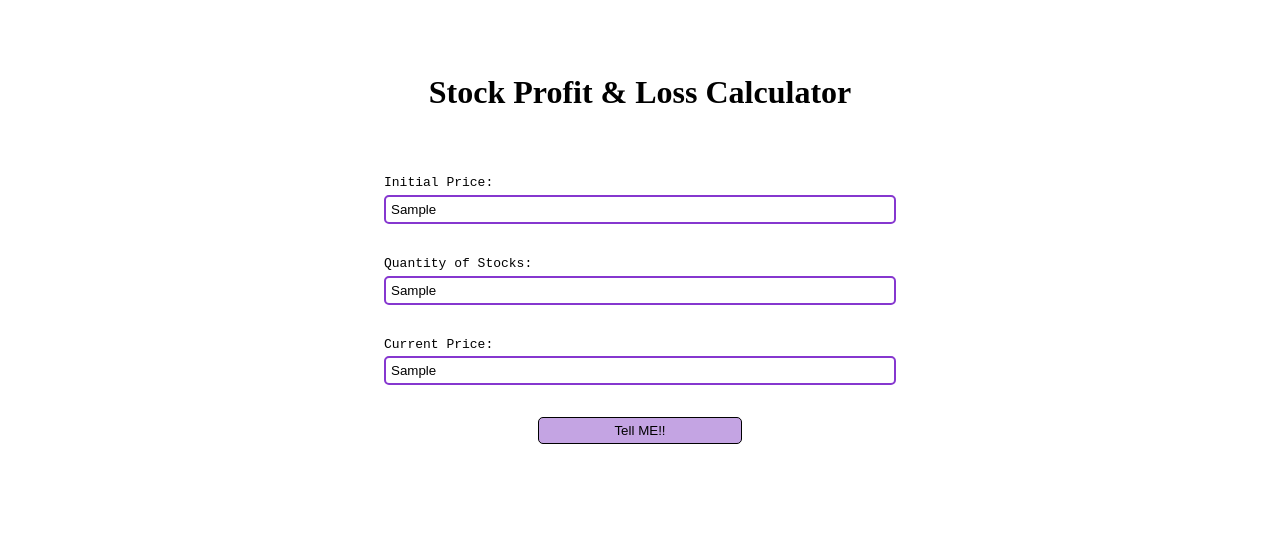
Repository: patelamancode/Stock-P-L-Calculator
Page: index.html
The author's editor kept a copy of each file at every save. The page is drawn from the files as they stood at one save, then again after the next save.
The browser window is 1280 px wide. The pictures show the whole page.
Empty fields were first filled with sample values (such as "Sample", 5 or name@example.com).
After loading, the first visible `#check-btn` was clicked once.

Above is the page before, as saved 2022-11-23 18:37:35.

After the next save:
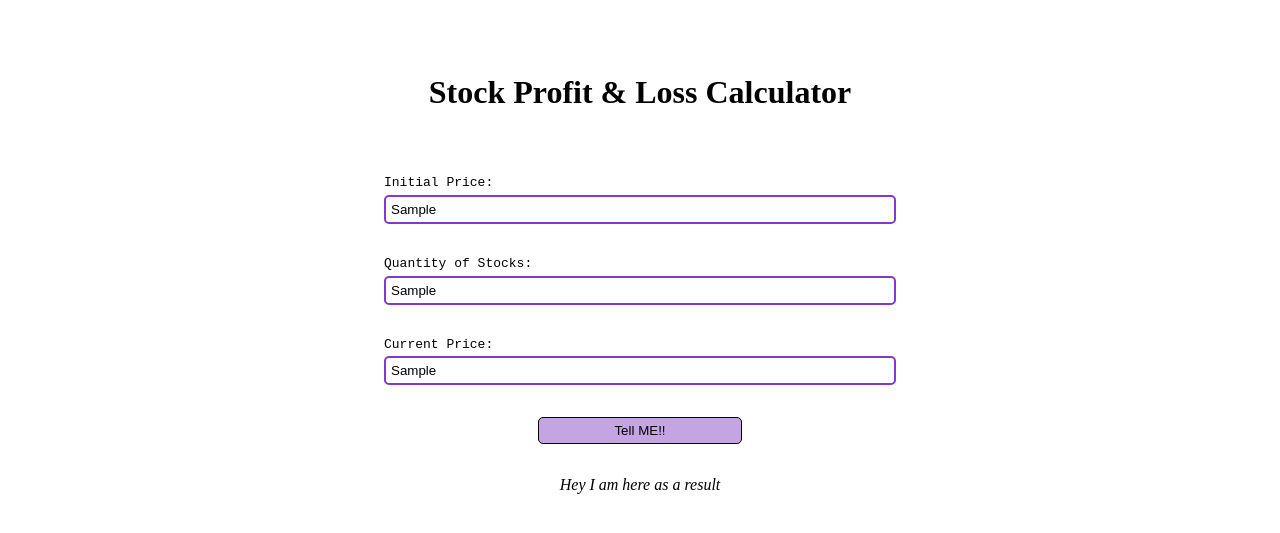
Saved 4 s later.
--- a/index.js
+++ b/index.js
@@ -15,5 +15,5 @@ function showResult(){
 
 
 checkButton.addEventListener('click', function(){
-    showResult
+    showResult();
 })
